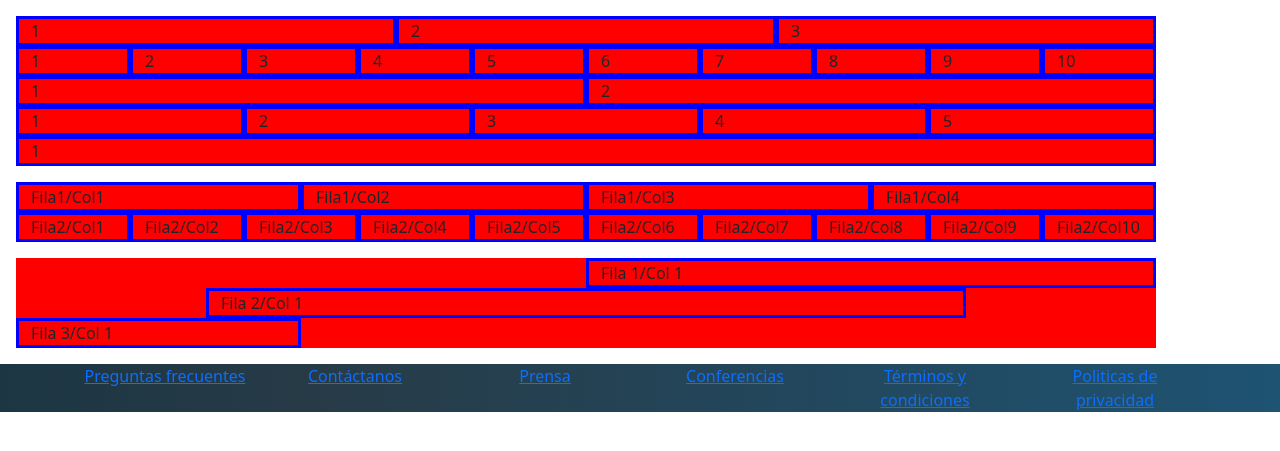
Repository: alexvl06/alexvl06.github.io
Page: index.html
These files come from the project's save history. The page is drawn as it stood at one moment and after the next save; the edit follows.
The browser window is 1280 px wide. The pictures show the whole page.

Above is the page before, as saved 2022-07-11 08:50:29.

After the next save:
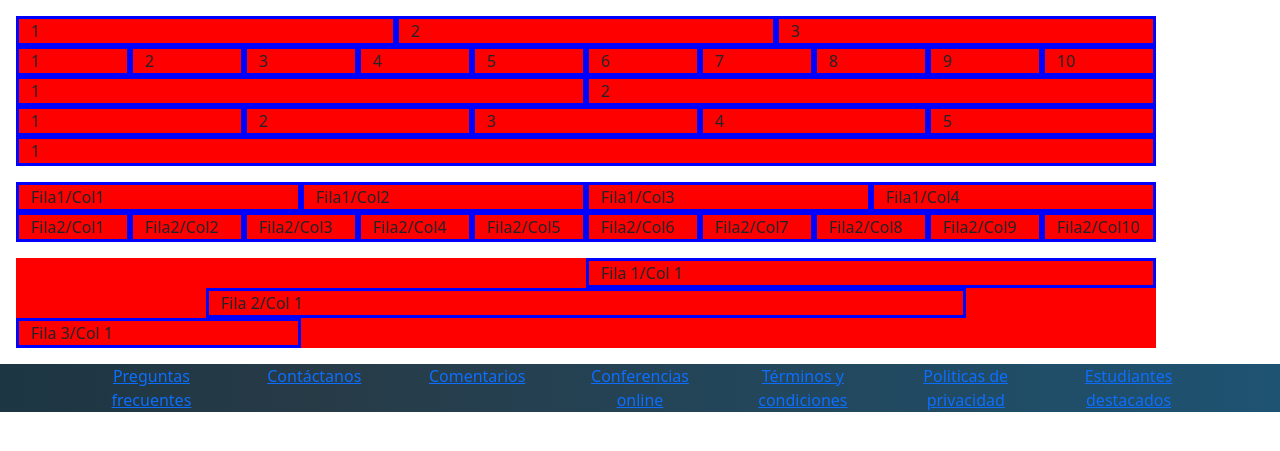
Saved 77 s later.
--- a/index.html
+++ b/index.html
@@ -116,16 +116,19 @@
             <a href="#">Contáctanos</a>
           </div>
           <div class="col-12 col-lg">
-            <a href="#">Prensa</a>
+            <a href="#">Comentarios</a>
           </div>
           <div class="col-12 col-lg">
-            <a href="#">Conferencias</a>
+            <a href="#">Conferencias online</a>
           </div>
           <div class="col-12 col-lg">
             <a href="#">Términos y condiciones</a>
           </div>
           <div class="col-12 col-lg">
             <a href="#">Politicas de privacidad</a>
+          </div>
+          <div class="col-12 col-lg">
+            <a href="#">Estudiantes destacados</a>
           </div>
         </div>
       </div>
